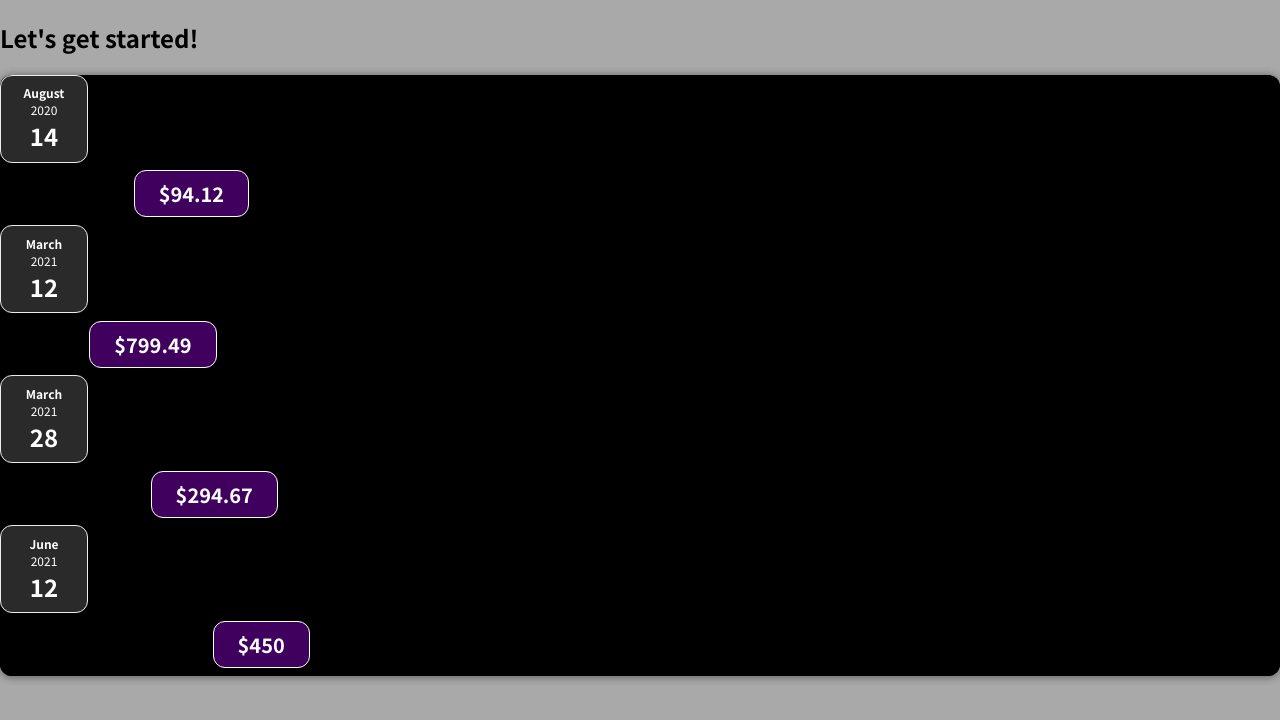
Repository: otvertka/MSC
Page: /
These files come from the project's save history. The page is drawn as it stood at one moment and after the next save; the edit follows.
The browser window is 1280 px wide. The pictures show the whole page.
The project was rebuilt for these pictures with package versions that can differ from the ones it lists, and the page was loaded fresh each time. Also part of the build but not shown: src/components/Expenses.css.

Above is the page before, as saved 2023-06-19 10:14:44.

After the next save:
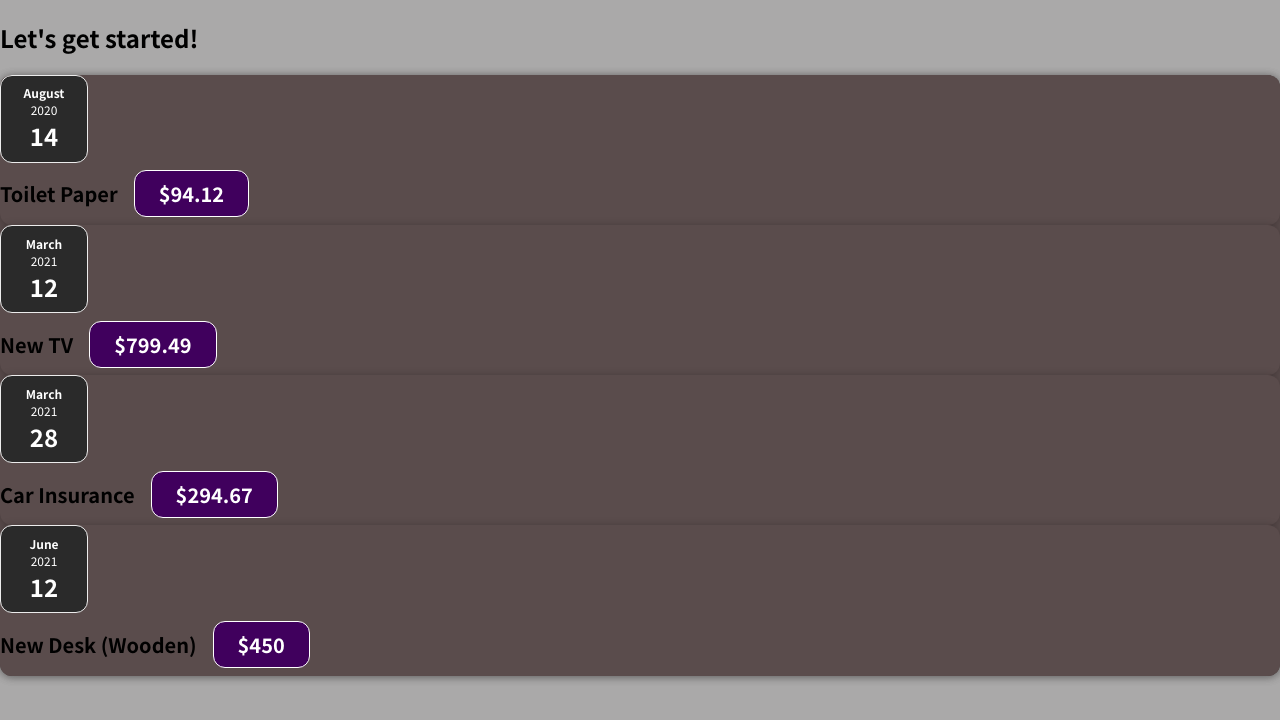
Saved 6 s later.
--- a/src/components/Card.css
+++ b/src/components/Card.css
@@ -1,5 +1,5 @@
 .card {
   border-radius: 12px;
   box-shadow: 0 1px 8px rgba(0, 0, 0, 0.25);
-  background-color: black;
+  background-color: rgb(90, 76, 76);
 }
